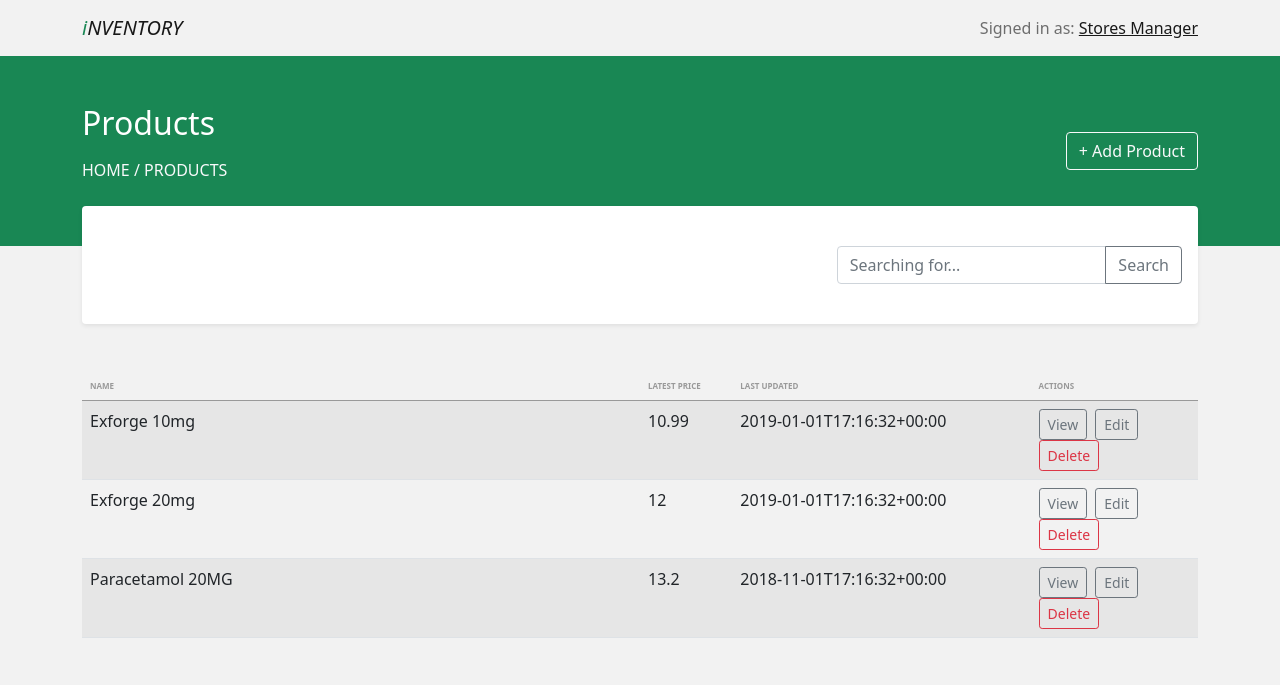
Repository: tHEO2k17/inventory-manager
Page: /
An editor plug-in stored every save of this project. The page is shown before and after the next save, followed by the edit.
The browser window is 1280 px wide. The pictures show the whole page.
The project was rebuilt for these pictures with package versions that can differ from the ones it lists, and the page was loaded fresh each time. Also part of the build but not shown: src/presentation/components/ProductForm.tsx.

Above is the page before, as saved 2021-08-31 10:37:47.

### src/index.tsx
import React from 'react';
import ReactDOM from 'react-dom';
import './index.scss';
import App from './presentation/App';

ReactDOM.render(
  <React.StrictMode>
    <App />
  </React.StrictMode>,
  document.getElementById('root')
);

### src/index.scss
@import '~bootstrap/scss/bootstrap.scss';

body{
    background-color: #F2F2F2;
}

.table thead tr > th{
    text-transform: uppercase;
    font-size: 0.5rem;
    color: #999;
}

.mtn-40{
    margin-top: -40px;
}

### src/presentation/App.tsx
import ProductsPage from './pages/ProductsPage';

export default function App() {
  return ( <ProductsPage/> );
}

### src/presentation/pages/ProductsPage.tsx
import { Component } from "react"
import { Button, Card, Col, Container, FormControl, InputGroup, Row, Table } from "react-bootstrap";
import { mock } from "../../core/mock";
import Banner from "../components/Banner";
import Product from "../components/Product";
import TopBar from "../components/TopBar";

export default class ProductsPage extends Component {

    render() {
        return (
            <>
                <TopBar />
                <Banner />
                <Container>
                    <Card className="mtn-40 border-0 shadow-sm">
                        <Card.Body className="my-4">
                            <Row>
                                <Col md="4" className="offset-8">
                                    <InputGroup>
                                        <FormControl
                                            placeholder="Searching for..."
                                            aria-label="Searching for..."
                                            aria-describedby="basic-addon2"
                                        />
                                        <Button variant="outline-secondary" id="button-addon2"> Search</Button>
                                    </InputGroup>
                                </Col>
                            </Row>
                        </Card.Body>
                    </Card>
                    <Table striped className="mt-5">
                        <thead>
                            <tr>
                                <th>Name</th>
                                <th>Latest Price</th>
                                <th>Last Updated</th>
                                <th>Actions</th>
                            </tr>
                        </thead>
                        <tbody>
                            {
                                mock.products.map(product => <Product key={product.id} product={product} />)
                            }
                        </tbody>
                    </Table>
                </Container>
            </>
        );
    }
}

### src/core/mock.ts
export const mock = {
    "products": [
        {
            "id": 1,
            "name": "Exforge 10mg",
            "prices": [
                {
                    "id": 1,
                    "price": 10.99,
                    "date": "2019-01-01T17:16:32+00:00"
                },
                {
                    "id": 2,
                    "price": 9.20,
                    "date": "2018-11-01T17:16:32+00:00"
                }
            ]
        },
        {
            "id": 2,
            "name": "Exforge 20mg",
            "prices": [
                {
                    "id": 3,
                    "price": 12.00,
                    "date": "2019-01-01T17:16:32+00:00"
                },
                {
                    "id": 4,
                    "price": 13.20,
                    "date": "2018-11-01T17:16:32+00:00"
                }
            ]
        },
        {
            "id": 3,
            "name": "Paracetamol 20MG",
            "prices": [
                {
                    "id": 5,
                    "price": 5.00,
                    "date": "2017-01-01T17:16:32+00:00"
                },
                {
                    "id": 6,
                    "price": 13.20,
                    "date": "2018-11-01T17:16:32+00:00"
                }
            ]
        }
    ]
};

### src/presentation/components/Banner.tsx
import { useState } from "react";
import { Button, Col, Container, Modal, Row } from "react-bootstrap";
import ProductForm from "./ProductForm";

const Banner = () => {
    const [show, setShow] = useState(false);

    const handleClose = () => setShow(false);
    const handleShow = () => setShow(true);

    return (
        <>
            <section className="bg-success">
                <Container className="py-5 text-white">
                    <Row className="align-items-center">
                        <Col>
                            <h2>Products</h2>
                            <p className="text-light mt-3 fw-light fs-6">HOME / PRODUCTS</p>
                        </Col>
                        <Col>
                            <Button variant="outline-light" className="float-end" onClick={handleShow}>+ Add Product</Button>
                        </Col>
                    </Row>
                </Container>
            </section>

            <Modal show={show} onHide={handleClose}>
                <Modal.Header closeButton> New Product</Modal.Header>
                <Modal.Body><ProductForm/></Modal.Body>
            </Modal>
        </>
    );
}

export default Banner;

### src/presentation/components/Product.tsx
import { Button } from "react-bootstrap"
import moment from 'moment';

const Product = ({ product }: ProductProps) => {

    const findLatestPriceInfo = (prices: any[]): any => {
        return prices.reduce(
            (acc: any, value: any) =>
                moment(acc.date).isAfter(value.date)
                    ? acc
                    : value
        );
    }

    return (
        <tr>
            <td width="50%">{product.name}</td>
            <td>{findLatestPriceInfo(product.prices).price}</td>
            <td>{findLatestPriceInfo(product.prices).date}</td>
            <td width="15%">
                <Button size="sm" variant="outline-secondary">View</Button>
                <Button size="sm" variant="outline-secondary" className="mx-2">Edit</Button>
                <Button size="sm" variant="outline-danger">Delete</Button>
            </td>
        </tr>
    );

}

export default Product;

type ProductProps = {
    key: any,
    product: any
}

### src/presentation/components/TopBar.tsx
import { Container, Navbar } from "react-bootstrap";

const TopBar = () => {
    return (
        <Navbar>
            <Container>
                <Navbar.Brand href="#home" className="fst-italic"><span className="text-success">i</span>NVENTORY</Navbar.Brand>
                <Navbar.Toggle />
                <Navbar.Collapse className="justify-content-end">
                    <Navbar.Text>
                        Signed in as: <a href="#login">Stores Manager</a>
                    </Navbar.Text>
                </Navbar.Collapse>
            </Container>
        </Navbar>
    );
}

export default TopBar;

Loaded but not shown: public/index.html (common file)

After the next save:
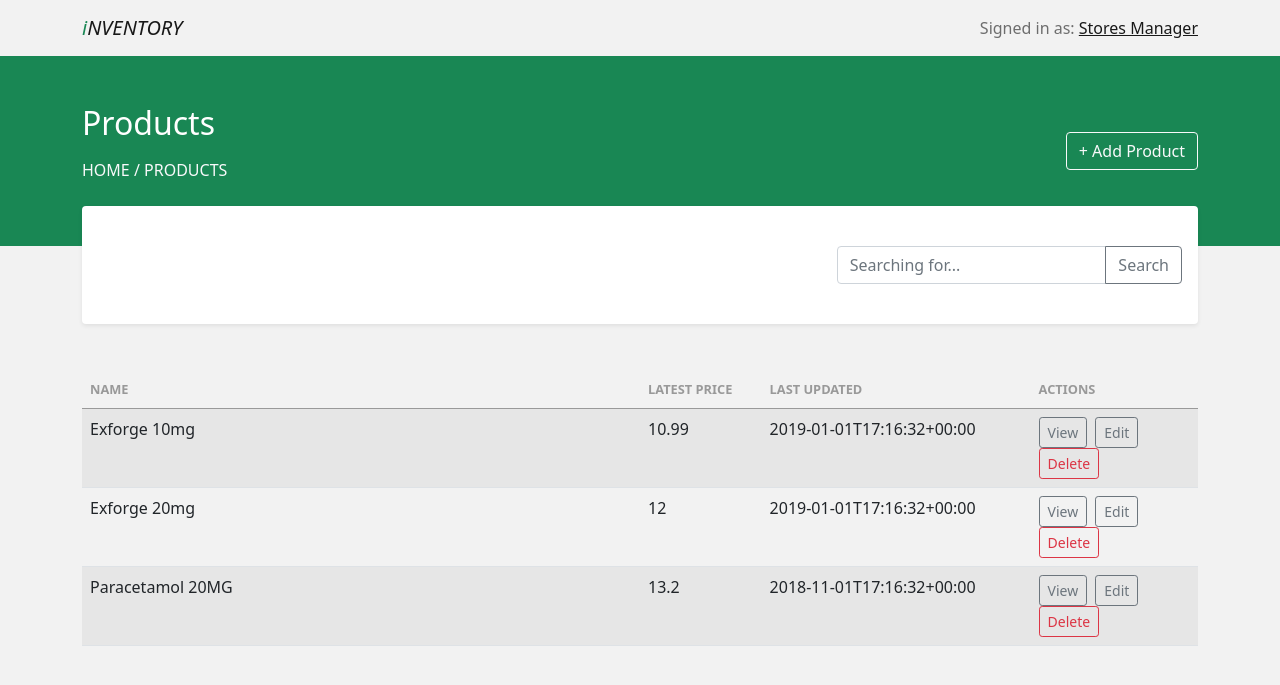
Saved 8 s later.
--- a/src/index.scss
+++ b/src/index.scss
@@ -6,7 +6,7 @@ body{
 
 .table thead tr > th{
     text-transform: uppercase;
-    font-size: 0.5rem;
+    font-size: 0.8rem;
     color: #999;
 }
 
